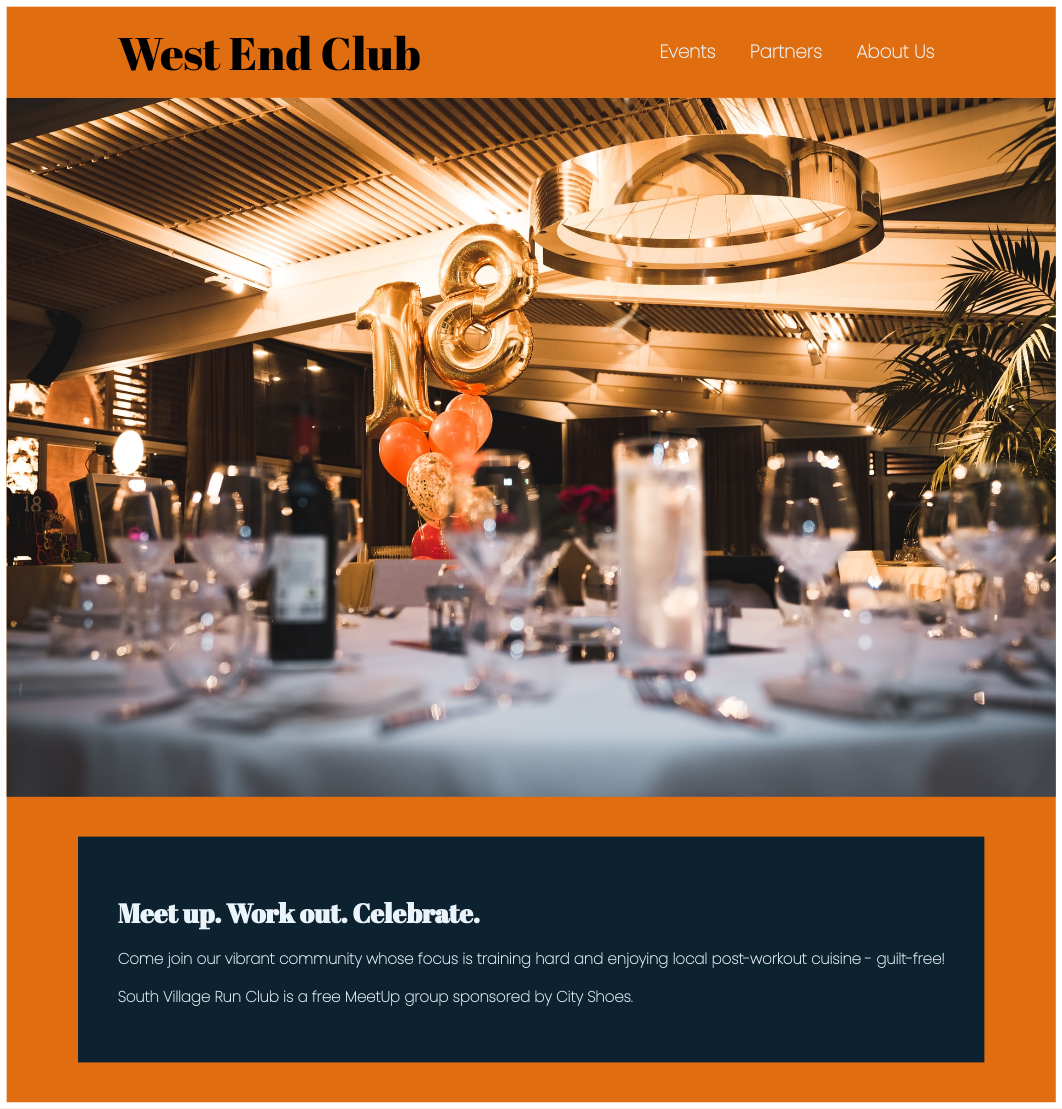
Repository: lastbronx41/lastbronx41.github.io
Page: starting/index.html
The author's editor kept a copy of each file at every save. The page is drawn from the files as they stood at one save, then again after the next save.
The browser window is 1280 px wide. The pictures show the whole page, at 83% of full size.
Some web fonts or font styles are not loaded; a fallback is used.

Above is the page before, as saved 2022-07-19 04:41:44.

After the next save:
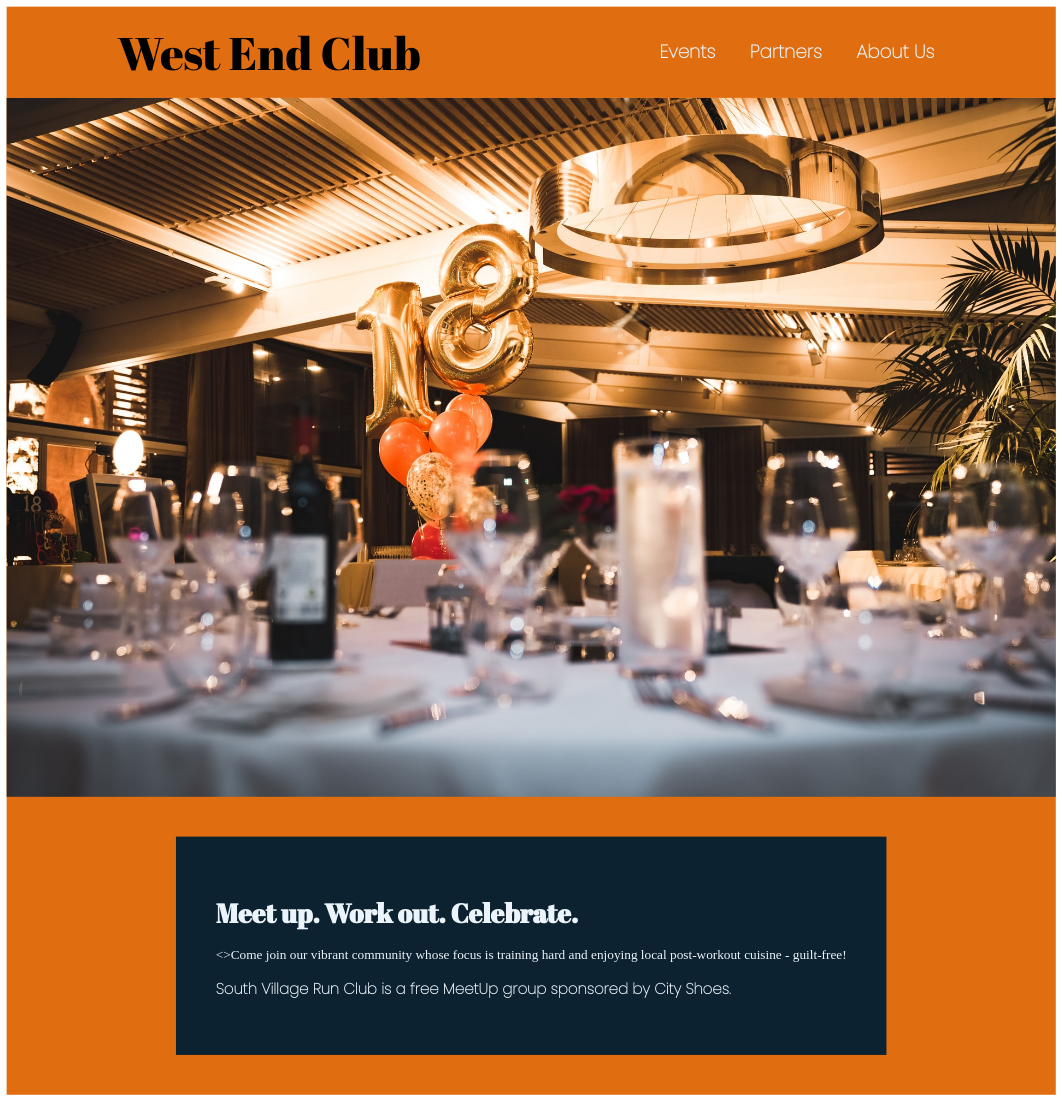
Saved 6 s later.
--- a/starting/index.html
+++ b/starting/index.html
@@ -36,7 +36,7 @@
          <img src="./resources/cover-photo.jpg"/>
          <div class="main-text">
             <h1>Meet up. Work out. Celebrate.</h1>
-               <p>Come join our vibrant community whose focus is training hard and enjoying local post-workout cuisine - guilt-free!</p>
+               <>Come join our vibrant community whose focus is training hard and enjoying local post-workout cuisine - guilt-free!
                <p>South Village Run Club is a free MeetUp group sponsored by City Shoes.
                </p>
 
